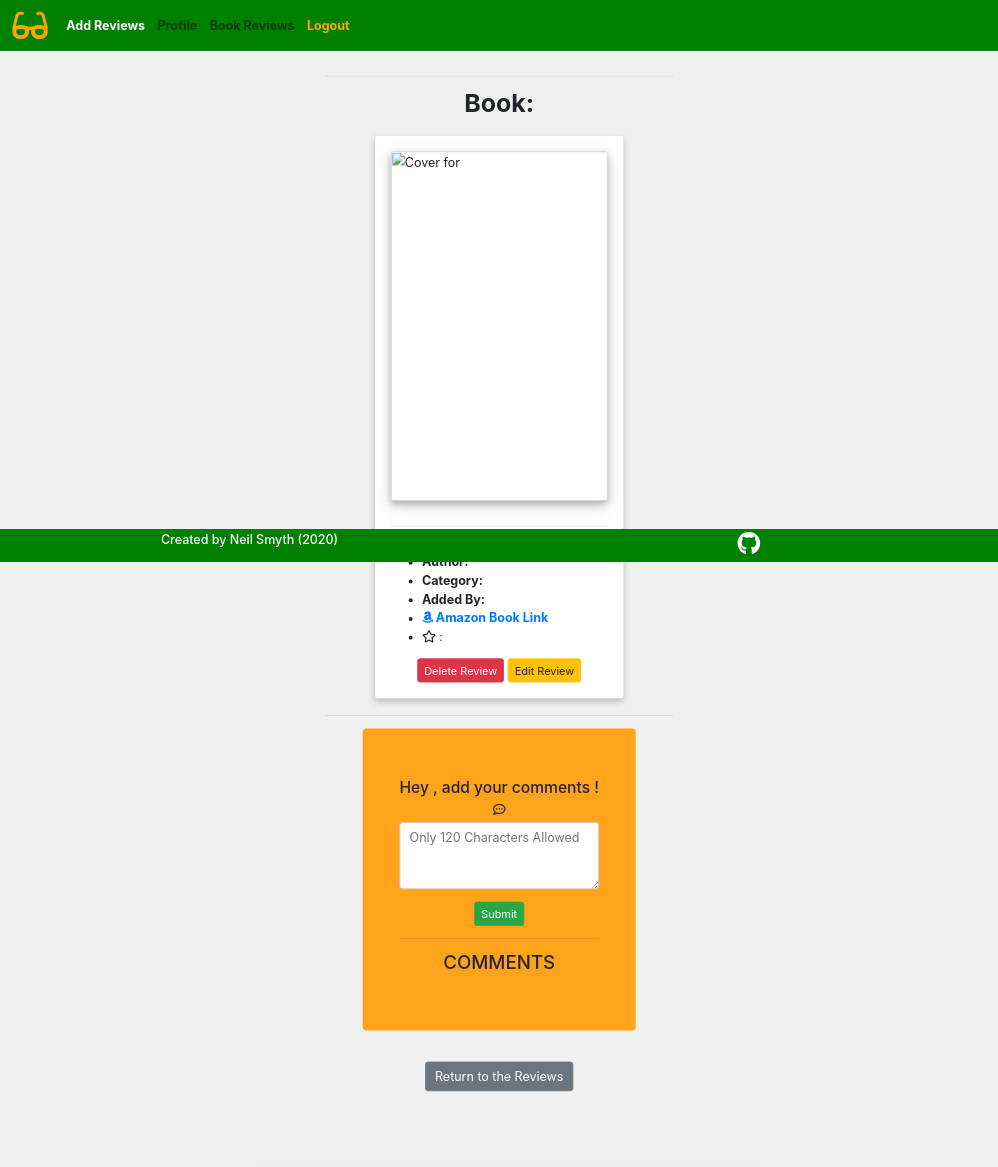
Repository: NeiloErnesto89/Data_Centric_Dev_Milestone_Project3
Page: templates/individual_book.html
The author's editor kept a record of every edit. The page is drawn from the files as they stood at one moment, then again after the next edit.
The browser window is 1280 px wide. The pictures show the whole page, at 78% of full size.
Some web libraries are served in a nearby version. The template is drawn by Flask 3. The application's start-up code is not run. Other server files are loaded and not shown. The template is opened directly, without the code that normally fills it, so the values that code supplies are empty.

Above is the page before.

### templates/individual_book.html
<div class="cover-container d-flex mx-auto flex-column">


{% extends 'base.html' %}

<!--NavBar with Burger Icon-->
{% block navbar %}
<header class="nav-container">
    <nav class="navbar navbar-expand-lg navbar-light mb-1 text-center fixed-top">
        <a class="navbar-brand" data-target="#modalPopUp" data-toggle="modal"><i class="fas fa-glasses" style="font-size:40px;color:orange;"></i></a>
        <button class="navbar-toggler" type="button" data-toggle="collapse" data-target="#navbarTogglerDemo02" aria-controls="navbarTogglerDemo02" aria-expanded="false" aria-label="Toggle navigation">
                                <span class="navbar-toggler-icon"></span>
                              </button>
        <div class="collapse navbar-collapse" id="navbarTogglerDemo02">
            <ul class="navbar-nav mr-auto mt-0 mt-lg-0">

                {% if user.username == None %}
                <li class="nav-item">
                    <a class="nav-link" href="{{ url_for('index') }}"><b>Home</b></a>
                </li>
                <li class="nav-item">
                    <a class="nav-link" href="{{ url_for('signup') }}"><b>Sign Up</b></a>
                </li>
                <li class="nav-item">
                    <a class="nav-link" href="{{ url_for('login') }}"><b>Login</b></a>
                </li>

                {% elif user.username == 'admin' %}

                <li class="nav-item">
                    <a class="nav-link" style="color:white;" href="{{ url_for('admin') }}"><b>Admin</b></a>
                </li>
                <li class="nav-item">
                    <a class="nav-link" href="{{ url_for('all_comments') }}"><b>Internal Notes</b></a>
                </li>
                <li class="nav-item">
                    <a class="nav-link" href="{{ url_for('bio') }}"><b>Profile</b></a>
                </li>
                <li class="nav-item">
                    <a class="nav-link" href="{{ url_for('all_reviews') }}"><b>All Reviews</b></a>
                </li>

                <div>
                    <li class="nav-item">
                        <a class="nav-link" style="color:orange;" href="{{ url_for('logout') }}"><b>Logout</b></a>
                    </li>
                </div>

                {% else %}
                <li class="nav-item">
                    <a class="nav-link" style="color:white;" href="{{ url_for('review_page') }}"><b>Add Reviews</b></a>
                </li>
                <li class="nav-item">
                    <a class="nav-link" href="{{ url_for('bio') }}"><b>Profile</b></a>
                </li>
                <li class="nav-item">
                    <a class="nav-link" href="{{ url_for('all_reviews') }}"><b>Book Reviews</b></a>
                </li>
                <li class="nav-item">
                    <a class="nav-link" style="color:orange;" href="{{ url_for('logout') }}"><b>Logout</b></a>
                </li>
                {% endif %}



            </ul>
        </div>
    </nav>
</header>
{% endblock navbar %} {% block content %}

<HR>

<div class="col-md-12 text-center">
    <h2 class="add_header mt-3 mb-3"><strong>Book: {{ book.book_title }}</strong></h2>
    {% with messages = get_flashed_messages() %} {% if messages %}
        <ul class="flashes" style="padding-left: inherit;">
            {% for message in messages %}
            <font class="test-center" size="6" style="color: green";><strong>{{ message }}</strong></font>
            {% endfor %}
        </ul>
        {% endif %} {% endwith %}
</div>




<!--<div class="container"> -->
<div class="row justify-content-center">

    <div class="card" style="width: 20rem;">

        <div class="card-body">


            <div><img class="book_image card-img-top mb-3" src="{{ book.pic }}" alt="Cover for {{ book.book_title }}"></div>

            <hr>


            <em>
                        {{book.summary}}
                    </em>
            <hr>
            <ul>
                <li>
                    <b>Author:</b> {{book.book_author}}
                </li>

                <li>
                    <b>Category:</b> {{book.category_name}}
                </li>

                <li>
                    <b>Added By:</b> {{book.added_by["username"]}}
                </li>

                <li>
                    <a href="{{book.amazon}}"><b><i class="fab fa-amazon"></i> Amazon Book Link </b></a>
                </li>

                <li>
                    <b></b> <i class="far fa-star" data-toggle="tooltip" title="how many stars out of 5"> : </i> {{book.stars}}
                </li>


            </ul>

            <!-- The Option to Delete If User Added Review -->

            {% if user._id == book.added_by["_id"] %}
            <div class="text-center mt-2">
                <a href="{{ url_for('delete_review', book_id=book._id, _user=book._id) }}" class="btn btn-danger btn-sm">Delete Review</a>
                <a href="{{ url_for('adapt_review', book_id=book._id) }}" class="btn btn-warning btn-sm">Edit Review</a>
            </div>
            <!--
                    <hr>
                    <div class="text-center mt-2">
                        <a href="{{ url_for('adapt_review', book_id=book._id) }}" class="btn btn-warning">Edit Your Review</a>
                    </div> -->

            {% endif %}

        </div>
    </div>
</div>
<!-- </div>  container -->
<hr>

<div class="jumbotron ">
    <div class="container">
        <div class="row">
            <div class="col-12 text-center">
                <h5>Hey {{ user.username }}, add your comments !</h5>
                <div>
                    <form action="{{ url_for('add_individual', book_id=book._id) }}" method="POST" class="individual_comments ">

                        <div class="form-group ">
                            <label for="Textarea "><i class="far fa-comment-dots"></i></label>
                            <textarea id="individual_com " name="individual" class="form-control " rows="3" maxlength="120" placeholder="Only 120 Characters Allowed" required></textarea>
                        </div>

                        <button type="submit" name="action" class="btn btn-success btn-sm ">Submit</button>

                    </form>
                </div>
                <hr>

                <div class="row">
                    <div class="col-12">
                        <span>
                            <h4>COMMENTS </h4>
                            </span>
                    </div>
                </div>
                <div class="row">
                    <div class="col-12">
                        {% for incomment in incomments %}
                        <div class="card">
                            <div class="card-body incomment-card"> <!-- style="width: 320px;" -->
                                <h5 class="card-title">{{ incomment.added_by["username"] }} said:</h5>
                                <p class="card-text text-center" > <i><strong>" {{ incomment.individual }} "</strong></i></p>



                                {% if user.username == incomment.added_by["username"] %}

                                <hr>
                                <div class="row">
                                    <div class="col-sm-6">
                                        <a href="{{ url_for('delete_individual', indivd_id=incomment._id, book_id=book._id) }}" class="btn btn-danger btn-sm card-link mb-2">Delete</a>
                                    </div>
                                    <!-- Button trigger modal -->
                                    <div class="col-sm-6">
                                        <button type="button" class="btn btn-warning btn-sm mb-2" data-toggle="modal" data-target="#exampleModalCenter">
                                              Edit
                                            </button>
                                    </div>
                                </div>

                                <!-- Modal -->
                                <div class="modal fade" id="exampleModalCenter" tabindex="-1" role="dialog" aria-labelledby="exampleModalCenterTitle" aria-hidden="true">
                                    <div class="modal-dialog modal-dialog-centered" role="document">
                                        <div class="modal-content">
                                            <div class="modal-header">
                                                <h5 class="modal-title" id="exampleModalLongTitle">Edit Your Comment {{ incomment.added_by["username"] }}</h5>
                                                <button type="button" class="close" data-dismiss="modal" aria-label="Close">
                                                  <span aria-hidden="true">&times;</span>
                                                </button>
                                            </div>
                                            <div class="modal-body">

                                                <form action="{{ url_for('update_individual', indivd_id=incomment._id, book_id=book._id) }}" method="POST" class="update_individual">
                                                    <!--<text type="text" maxlength="50" rows="5" name="individual" placeholder="{{ incomment.individual }}" /> -->
                                                    <textarea maxlength="120" cols="40" rows="4" name="individual" placeholder="{{ incomment.individual }}"></textarea>

                                            </div>
                                            <div class="modal-footer">

                                                <input class="btn btn-outline-success btn-sm" type="submit" value="Update" />
                                                </form>

                                                <button type="button" class="btn btn-outline-danger btn-sm" data-dismiss="modal">Cancel</button>

                                            </div>
                                        </div>
                                    </div>
                                </div>

                                {% endif %}

                            </div>
                        </div>
                        {% endfor %}
                    </div>
                </div>



            </div>
        </div>
    </div>
</div>

<div class="container-fluid mt-3 ">
    <div class="row ">

        <div class="col-12 mt-2 mb-3 ">
            <div class="text-center ">
                <a class="btn btn-secondary  " href="{{ url_for( 'all_reviews') }} " role="button ">Return to the Reviews</a>
            </div>
        </div>
        <hr>
    </div>
</div>


{% endblock %}

</div> <!-- COVER-->

### templates/base.html
<!DOCTYPE html>
<html lang="en">

<head>
    <meta charset="UTF-8">
    <meta name="viewport" content="width=device-width, initial-scale=1.0">
    <meta http-equiv="X-UA-Compatible" content="ie=edge">

    <title>Book Reviews</title>

    <!-- Bootstrap -->
    <link rel="stylesheet" href="https://stackpath.bootstrapcdn.com/bootstrap/4.3.1/css/bootstrap.min.css" integrity="sha384-ggOyR0iXCbMQv3Xipma34MD+dH/1fQ784/j6cY/iJTQUOhcWr7x9JvoRxT2MZw1T" crossorigin="anonymous">

    <!-- Google Font-->

    <link href="https://fonts.googleapis.com/css?family=Montserrat:400,700" rel="stylesheet">

    <!-- Font Awesome-->

    <link rel="stylesheet" href="https://use.fontawesome.com/releases/v5.7.2/css/all.css" integrity="sha384-fnmOCqbTlWIlj8LyTjo7mOUStjsKC4pOpQbqyi7RrhN7udi9RwhKkMHpvLbHG9Sr" crossorigin="anonymous">

    <link rel="stylesheet" href="https://cdnjs.cloudflare.com/ajax/libs/font-awesome/4.7.0/css/font-awesome.min.css">

    <!-- CSS -->

    <link rel="stylesheet" href="{{url_for('static', filename='css/style.css')}}" type="text/css" />


</head>

<body>

<div class="cover-container d-flex mx-auto flex-column">

            <!--NavBar with Burger Icon-->
        {% block navbar %}
        <header class="nav-container">
            <nav class="navbar navbar-expand-lg navbar-light mb-1 text-center fixed-top">
                <a class="navbar-brand" href="{{ url_for('index') }}" data-target="#modalPopUp" data-toggle="modal"><i class="fas fa-glasses" style="font-size:40px;color:orange;"></i></a>
                <button class="navbar-toggler" type="button" data-toggle="collapse" data-target="#navbarTogglerDemo02" aria-controls="navbarTogglerDemo02" aria-expanded="false" aria-label="Toggle navigation">
                                <span class="navbar-toggler-icon"></span>
                              </button>
                <div class="collapse navbar-collapse" id="navbarTogglerDemo02">
                    <ul class="navbar-nav mr-auto mt-0 mt-lg-0">


                        <li class="nav-item">
                            <a class="nav-link" href="{{ url_for('index') }}"><b>Home</b></a>
                        </li>
                        <li class="nav-item">
                            <a class="nav-link" href="{{ url_for('signup') }}"><b>Sign Up</b></a>
                        </li>
                        <li class="nav-item">
                            <a class="nav-link" href="{{ url_for('login') }}"><b>Login</b></a>
                        </li>

                    </ul>
                </div>
            </nav>
        </header>
        {% endblock navbar %}



    <hr>

    <main class="container base-container mt-5 mb-5">
            {% block content %}
            {% endblock %}

    </main>
    <hr>

        <!--FOOTER -->

        <div class="footer container-fluid">
            <div class="row justify-content-center">
                <div class="text-center col-xs-12 col-sm-6 mt-1 mb-2">

                    <h6>Created by Neil Smyth (2020)</h6>

                </div>
                <div class="text-center col-xs-12 col-sm-6 mt-1 mb-2">

                    <a href="https://github.com/NeiloErnesto89" target="_blank "><i class="fab fa-github" style="font-size:30px; color:white; "></i></a>

                </div>
            </div>
        </div> <!-- footer container-->

</div>    <!--Cover Container -->

    <!-- JQuery -->
    <script src="https://cdnjs.cloudflare.com/ajax/libs/jquery/3.2.1/jquery.min.js"></script>

    <!-- Bootstrap JS-->

    <script src="https://code.jquery.com/jquery-3.3.1.slim.min.js" integrity="sha384-q8i/X+965DzO0rT7abK41JStQIAqVgRVzpbzo5smXKp4YfRvH+8abtTE1Pi6jizo" crossorigin="anonymous"></script>
    <script src="https://cdnjs.cloudflare.com/ajax/libs/popper.js/1.14.7/umd/popper.min.js" integrity="sha384-UO2eT0CpHqdSJQ6hJty5KVphtPhzWj9WO1clHTMGa3JDZwrnQq4sF86dIHNDz0W1" crossorigin="anonymous"></script>
    <script src="https://stackpath.bootstrapcdn.com/bootstrap/4.3.1/js/bootstrap.min.js" integrity="sha384-JjSmVgyd0p3pXB1rRibZUAYoIIy6OrQ6VrjIEaFf/nJGzIxFDsf4x0xIM+B07jRM" crossorigin="anonymous"></script>

    <!-- JS File -->

    <script src="{{url_for('static', filename='js/script.js')}}"></script>


    <!--  <script type="text/javascript">
        $(document).ready(function() {
            $('.collapsible').collapsible();
        });
    </script>  -->
</body>

</html>

### static/css/style.css
body {
  background-color: #F0F0F0;
  display: flex;


}

.cover1 {
  min-height: 100vh;
  background: url('../images/libs.jpg') no-repeat center center fixed;
    -webkit-background-size: cover;
  -moz-background-size: cover;
  -o-background-size: cover;
  background-size: cover;
  display: flex;
  align-items: center;
  justify-content: center;
  transition: all .5s ease-in-out;
  -moz-transition: all .5s ease-in-out;
  -webkit-transition: all .5s ease-in-out;
  -o-transition: all .5s ease-in-out;
  position: relative;

}


/*.cover-container {
  min-height: 100vh;
  background: url('../images/libs.jpg') no-repeat center center fixed;
    -webkit-background-size: cover;
  -moz-background-size: cover;
  -o-background-size: cover;
  background-size: cover;
  display: flex;
  align-items: center;
  justify-content: center;
  transition: all .5s ease-in-out;
  -moz-transition: all .5s ease-in-out;
  -webkit-transition: all .5s ease-in-out;
  -o-transition: all .5s ease-in-out;
  position: relative;
} */


.navbar {
  background-color: green;
}

.jumbotron {
  background-color: #ffa31a;
  margin-right: 3rem;
  margin-left: 3rem;

}

/* Paginate Button on All Reviews.html (taken from w3 schools*/

.paginate {
  display: inline-block;
}

.paginate a {
  color: black;
  float: left;
  padding: 8px 16px;
  text-decoration: none;
  margin: 15px;
}

.paginate a.active {
  background-color: #4CAF50;
  color: white;
  border-radius: 5px;
}

.paginate a:hover:not(.active) {
  background-color: #ddd;
  border-radius: 5px;
}

/* all_reviews.html - book review cards*/

.card {
  margin: 5px;
  box-shadow: 0 4px 8px 0 rgba(0, 0, 0, 0.2)
  /*border: 8px solid rgb(5, 187, 5);
  border-radius: 3rem; */
}

/* Card Image */

.book_image {
  background-color: white;
  box-shadow: 0 4px 8px 0 rgba(0, 0, 0, 0.2), 0 6px 20px 0 rgba(0, 0, 0, 0.19);
  max-width: 100%;
  height: 28rem;

}

/*
  .card-img-top {
    width: 100%;
    height: 15vw;
    object-fit: cover;
}
  */

/* MODAL */

.modal {
  color: black;
  background-color: rgb(204, 255, 204, 0.8);
}

.modal-header {

  background-color: rgb(204, 255, 204);
  opacity: 0.8;

}

.modal-title {
  font-size: 34px;
  font-weight: bold;
  text-align: center;
  /*margin-left: 45px; */
  padding: 5px;
  /*text-decoration: underline;*/
}


.modal-body {
  font-size: 15px;
  font-weight: bold;
  color: white;
  background-color: rgb(0, 153, 51);
  opacity: 0.8;
  text-align: center;
}

.modal-footer {
  background-color: rgb(204, 255, 204);
  opacity: 0.8;
}

.modal-header .close {
  margin: -10px;
}

/*

#logout_button {
  color: #3d7a59;
  font-weight: 700;
  font-size: 17px;
  margin: 5px;
  padding: 5px;
  position: fixed;
  bottom: 7px;
  right: 2px;
  z-index: 1;
  opacity: 0.9;
} */

.footer {
  position: fixed;
  left: 0;
  bottom: 0;
  width: 100%;
  background-color: green;
  color: white;
  text-align: center;
}

### static/js/script.js
/*$(document).ready(function() {

    $('#popUpModal').modal('show');
}); */

$(function () {
  $('[data-toggle="tooltip"]').tooltip()
})

After the next edit:
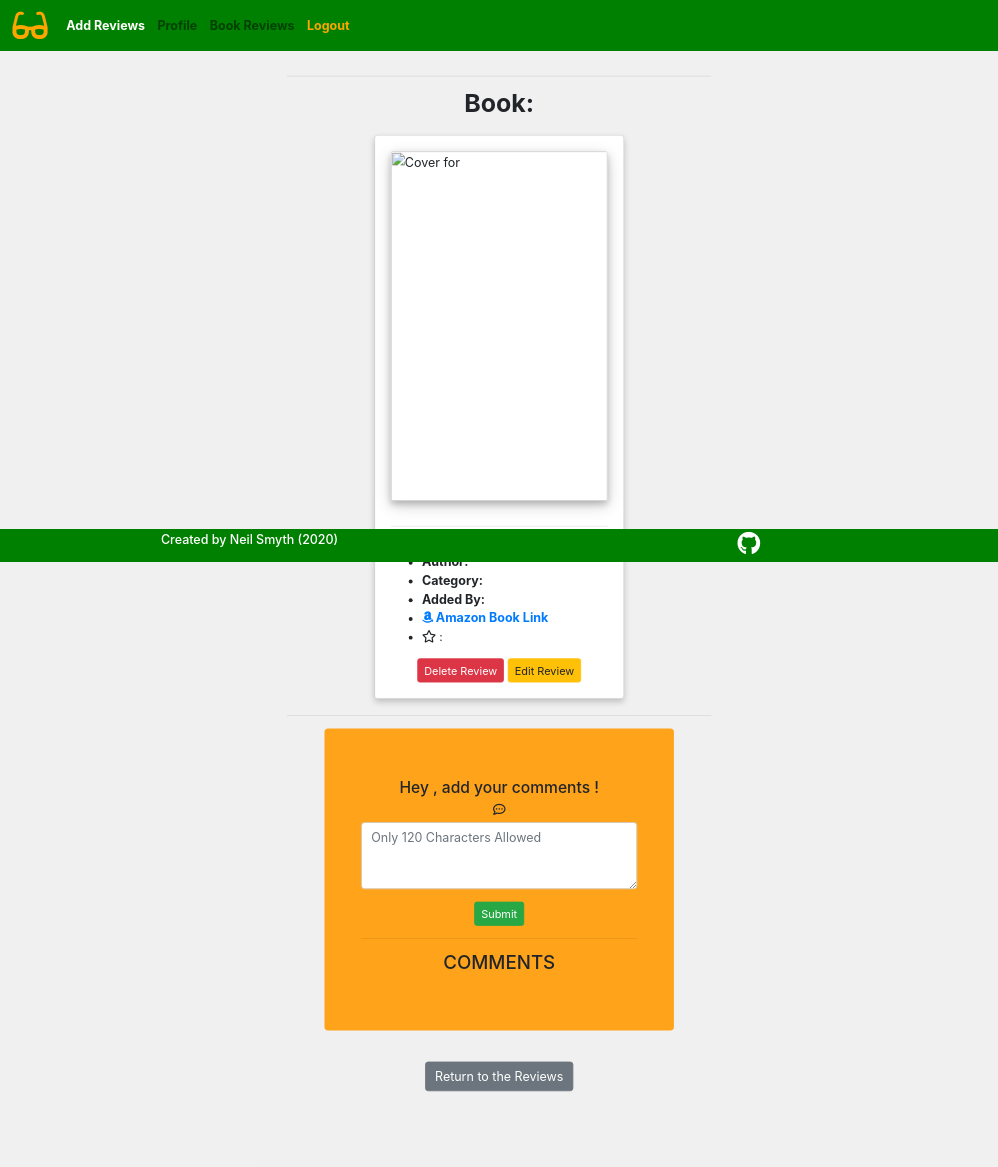
The edit:
--- a/templates/individual_book.html
+++ b/templates/individual_book.html
@@ -147,7 +147,7 @@
 <!-- </div>  container -->
 <hr>
 
-<div class="jumbotron ">
+<div class="jumbotron justify-content-center" style="width: 28rem;">
     <div class="container">
         <div class="row">
             <div class="col-12 text-center">
